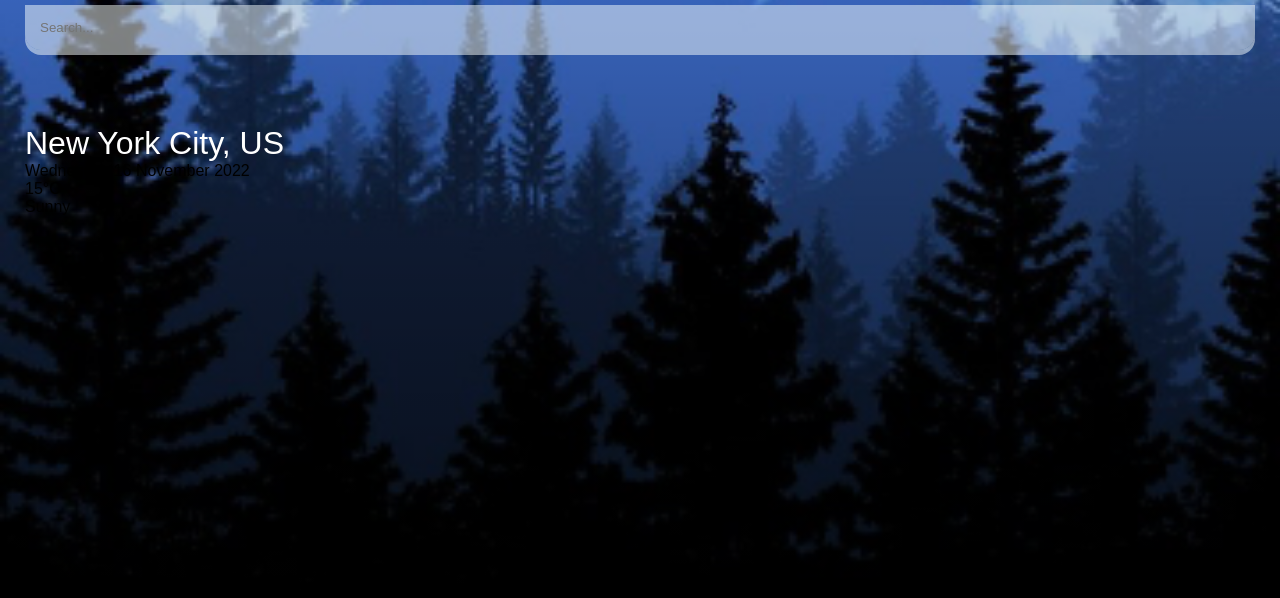
Repository: azizdeghais/Weather-App
Page: /
An editor plug-in stored every save of this project. The page is shown before and after the next save, followed by the edit.
The browser window is 1280 px wide. The pictures show the whole page.
The project was rebuilt for these pictures with package versions that can differ from the ones it lists, and the page was loaded fresh each time.

Above is the page before, as saved 2022-11-16 14:01:29.

After the next save:
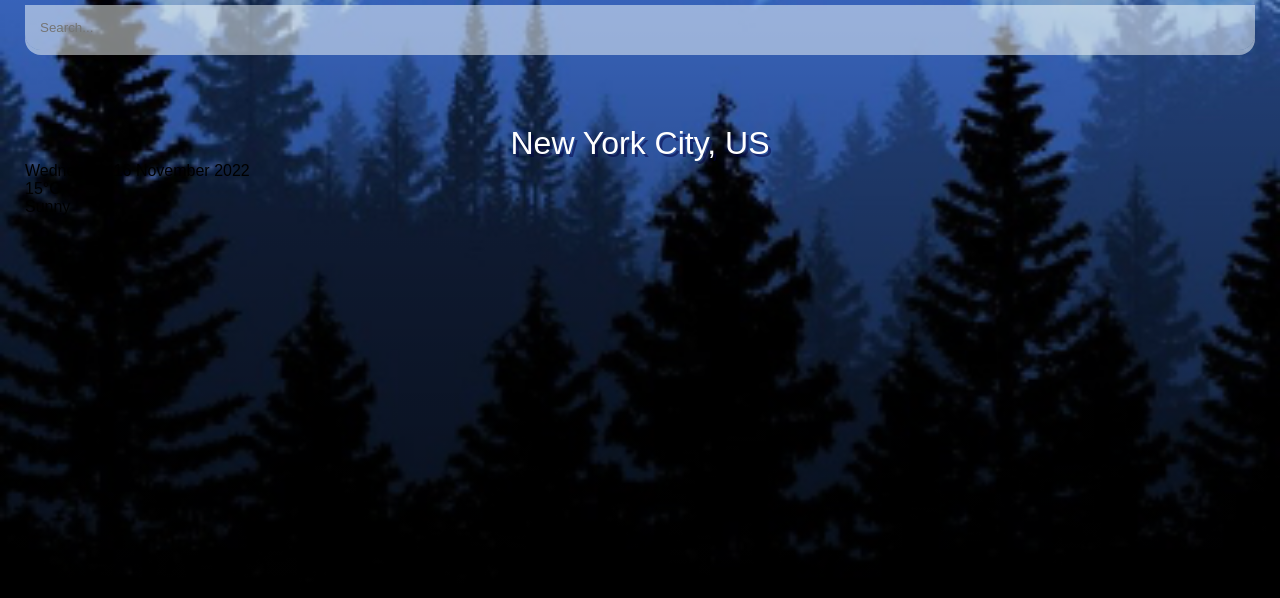
Saved 22 s later.
--- a/src/index.css
+++ b/src/index.css
@@ -48,4 +48,7 @@ box-shadow: 0px 5px rgba(250, 255, 255, 0.5);
 .location-box .location{
   color: white;
   font-size: 32px;
+  font-weight: 500;
+  text-align: center;
+  text-shadow: 3px 3px rgba(0,0,70,0.5);
 }
